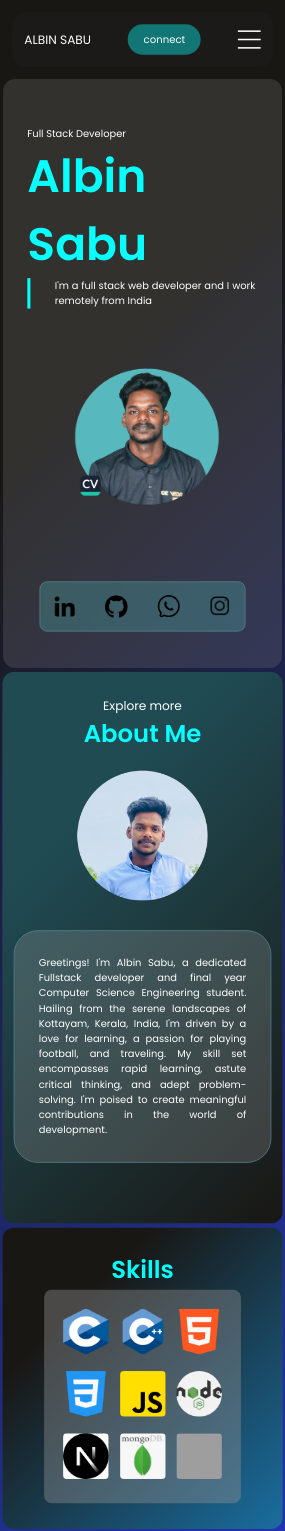
Repository: albinsabu2023/personalwebsite
Page: index.html
These files come from the project's save history. The page is drawn as it stood at one moment and after the next save; the edit follows.
The browser window is 375 px wide. The pictures show the whole page, at 76% of full size.
Pictures or frames that could not be fetched are drawn as grey boxes.

Above is the page before, as saved 2023-09-03 20:18:41.

### index.html
<!DOCTYPE html>
<html lang="en">
<head>
    <meta charset="UTF-8">
    <meta name="viewport" content="width=device-width, initial-scale=1.0">
    <title>Document</title>
    <link rel="stylesheet" href="style.css">
    <link rel="stylesheet" href="media.css">
</head>
<body>
    <nav id="hero">
        <h3 class="title">Albin Sabu</h3>
        <ul>
            <li class><a href="#home">Home</a></li>
            <li><a href="#about">About Me</a></li>
            <li><a href="#project">Projects</a></li>
            <li><a href="#contact">Contact</a> </li>
        </ul>

        <button class="btn-connect">connect</button>
    </nav>
    <nav id="hamburger-nav">
        <div clas="logo"> ALBIN SABU</div>

        <button class="btn-connect">connect</button>
        <div class="hamburger-menu">
            <div class="hamburger-icon" onclick="toggleMenu()">
                <span></span>
                <span></span>
                <span></span>
            </div>

            <div class="menu-links">
                <li class><a href="#home" onclick="toggleMenu()">Home</a></li>
                <li><a href="#about" onclick="toggleMenu()">About Me</a></li>
                <li><a href="#project" onclick="toggleMenu()">Projects</a></li>
                <li><a href="#contact" onclick="toggleMenu()">Contact</a> </li>
            </div>

        </div>




    </nav>
    <div class="portfolio__body">
        <div id="home">

            <div class="profile__text">

                <p>Full Stack Developer</p>
                <h1>Albin Sabu</h1>
                <div class="profile__detail">
                    <span class="line"> </span>
                    <p class="profile__detail__p2">I'm a full stack web developer and I work remotely from India</p>

                </div>

            </div>
            <div class="profile__img">
                <img src="./assets/albin.png" class="profile" alt="profile">
                <div class="cv__btn" onclick="window.open('./assets/ALBIN SABU.pdf')">
                    <p>download</p>
                    <img src="./assets/cv.png" alt="cv" class="cv">
                </div>
            </div>

            <div class="profile__links">
                <img src="./assets/linkedin.png" alt="">
                <img src="./assets/github.png" alt="">
                <img src="./assets/whatsapp.png" alt="">
                <img src="./assets/insta.png" alt="">
            </div>
        </div>
        <div id="about">
            <div class="about__header">
                <p>Explore more</p>
                <h1 class="title">About Me</h1>
            </div>
            <div class="about__container">
                <div class="about__img">
                    <img src="./assets/about-pic.png" alt="">
                </div>
                <div class="about__details">
                    <p>Greetings! I'm Albin Sabu, a dedicated Fullstack developer and final year Computer Science Engineering
                        student. Hailing
                        from the serene landscapes of Kottayam, Kerala, India, I'm driven by a love for learning, a passion for
                        playing
                        football, and traveling. My skill set encompasses rapid learning, astute critical thinking, and adept
                        problem-solving.
                        I'm poised to create meaningful contributions in the world of development.</p>
                </div>
            </div>


        </div>
        <div id="skill">
            <h1 class="title">Skills</h1>
            <div class="skill__container">
                <div class="skill__img">
                    <div>
                        <img src="./assets/c.png" alt="skill" class="grid_1">
                        <img src="./assets/cpp.png" alt="skill" class="grid_2">
                        <img src="./assets/html.png" alt="skill" class="grid_3">
                    </div>
                   <div>
                        <img src="./assets/css-3.png" alt="skill" class="grid_4">
                        <img src="./assets/js.png" alt="skill" class="grid_5">
                        <img src="./assets/nodejs.png" alt="skill" class="grid_6">
                   </div>
                    <div>
                        <img src="./assets/next.png" alt="skill" class="grid_7">
                        <img src="./assets/mongodb.png" alt="skill" class="grid_8">
                        <img src="./assets/React.png" alt="skill" class="grid_9">
                    </div>


                </div>

            </div>

        </div>
    </div>

    <script src="index.js"></script>
</body>
</html>

### style.css
@import url('https://fonts.googleapis.com/css2?family=Poppins:ital,wght@0,300;0,400;0,500;0,600;1,300;1,500;1,600&display=swap');
*{
    margin:0;
    font-family: 'Poppins', sans-serif;

}
body{

    color: white;
    margin-top: 1rem;

    background-color: #2234ae;

    background-image: linear-gradient(315deg, #2234ae 0%, #191714 74%);

}
nav{
    position: sticky;
    z-index: 0;
    display: flex;
    padding: 1rem;
    margin: 1rem;
    background-color: rgba(34, 34, 34, 0.3);
    border-radius: 1rem;
    justify-content: space-between;

}

nav ul{
    list-style-type: none;
    display: flex;
    gap: 2rem;
    justify-content: space-between;



}


nav ul li{
    padding: 5px;
    border-radius: 1rem;
    text-align: center;
    width: 8rem;



}
nav ul li a{
    text-decoration: none;
    color: white;
}
nav ul li a:hover{
    color: rgb(7, 255, 255);
}

.btn-connect{
    background: rgb(7, 255, 255,0.4);
    border: none;
    color: white;
    padding: 10px;
    border-radius: 3rem;
    width: 6rem;

}
.btn-connect:hover{
    background: rgb(7, 255, 255, 0.6);
}

#home{

    padding: 2rem;
    /* border: #56828f 1px solid; */
    border-radius: 1rem;
    display: flex;
    margin: 3px;
    background: rgba(128, 128, 128, 0.24);
}

.line{
    border: rgb(7, 255, 255) 2px solid;

}
.profile__text{
    width: 50vw;
    object-fit: contain;
    text-align: justify;
    margin-top: 30px;
}
.profile__text p{
    font-size:30px ;
}
.profile__text h1{
    color: rgb(7, 255, 255);
    font-size:80px ;

}
.profile__detail{
    display: flex;
    flex-direction: col;
    gap: 2rem;

}
.profile__detail p{
    font-size: 30px;
}
.profile__img{
    width: 50%;
    align-items: center ;
    padding: 10px;
}
.profile__img img{
    height: 300px;
    width: 300px;
    position: relative;
}

.profile__links{

    align-items: center;
    justify-content: space-between;
    padding: 1rem;
    border-radius: 10px;
    display: flex;
    flex-direction: column;
    border: #56828f 1px solid;
    background:rgba(74, 153, 153, 0.4);

}

.cv__btn{
    display: flex;
}
.profile__img .cv__btn{
    background: rgb(7, 255, 255, 0.4);
        border: none;
        color: white;
        padding: 10px;
        border-radius: 3rem;
        width: 6rem;

}
.profile__img .cv__btn:hover{
    background: rgba(75, 243, 243, 0.7);
}
.profile__img .cv__btn img{
    width: 30px;
    height: 30px;
}
.profile__links img{
    height: 30px;
    width: 30px;
    display: flex;
    border-radius: 10px;
    padding: 1px;


}
#hamburger-nav {
    display: none;
    align-items: center;
}

.hamburger-menu {
    position: relative;
    display: inline-block;
}

.hamburger-icon {
    display: flex;
    flex-direction: column;
    justify-content: space-between;
    height: 24px;
    width: 30px;
    cursor: pointer;
}

.hamburger-icon span {
    width: 100%;
    height: 2px;
    background-color: rgb(255, 255, 255);
    transition: all 0.3 ease-in-out;
}

.menu-links {
    position: absolute;
    top: 100%;
    right: 0%;
    width: fit-content;
    max-height: 0;
    overflow: hidden;
    transition: all 0.3 ease-in-out;
}

.menu-links {
    display: block;

    text-align: center;
    font-size: 1.5rem;
    color: rgb(248, 243, 243);
    text-decoration: none;
    transform: all 0.3 ease-in-out;
    background: rgba(172, 172, 172, 0.24);
    border-radius: 1rem;
}

.menu-links li  {
    list-style-type: none;

}



.menu-links li a{
    text-decoration: none;
    color: white;

}

.menu-links.open {
    max-height: 300px;
}

.hamburger-icon.open span:first-child {
    transform: rotate(45deg) translate(10px, 5px);
}

.hamburger-icon.open span:nth-child(2) {
    opacity: 0;
}

.hamburger-icon.open span:last-child {
    transform: rotate(-45deg) translate(10px, -5px);
}

.hamburger-icon span:first-child {
    transform: none;
}

.hamburger-icon span:first-child {
    opacity: 1;
}

.hamburger-icon span:first-child {
    transform: none;
}


#about{
    margin: 3px;
    margin-top: 5px;
    padding: 2rem;
    /* border: #56828f 1px solid; */
    border-radius: 1rem;
    display: flex;
    flex-direction: column;
    background: rgba(128, 128, 128, 0.24);
    background-image: linear-gradient(315deg,  #191714 0%,#204b53 74%);
    background-repeat:none ;
    background-size: cover;
}
.about__header{
    display: flex;
    flex-direction: column;
    align-items: center;
    justify-content: center;
}
.about__header h1{
    color: rgb(7, 255, 255);
}
.about__container{
    padding: 1rem;
    display: flex;
    align-items: center;
   justify-content: center;

}
.about__container img {
        width: 300px;
        height: 280px;
        border-radius: 1rem;
        margin: 0;

}


.about__details{
    text-align: justify;
     padding:2rem ;
    max-width: 400px;
    background: rgba(172, 172, 172, 0.24);
    border-radius:2rem ;
    border: #56828f 1px solid;
    margin: 2rem;
}
 .about__container img {

     border-radius: 1rem;

 }
 #skill{
    margin: 3px;
    margin-top: 5px;
    padding: 2rem;
        /* border: #56828f 1px solid; */
    border-radius: 1rem;
    display: flex;
    flex-direction: column;
    background: rgba(128, 128, 128, 0.24);
    background-image: linear-gradient(315deg,#1a6e9f  0%, #191714 74%);
    background-repeat: none;
    background-size: cover;
    align-items: center;
 }
 .skill__container{
    display: flex;
    flex-wrap: wrap;

 }
 #skill h1{
    color: aqua;

 }
 .skill__img img{
    width: 130px;
    height: 130px;
    margin: 5px;
    border-radius: 5px;

 }
  .skill__img{
    background: rgb(148, 148, 148,0.4);
    padding: 20px;
    border-radius: 10px;

    display: inline-grid;
    column-gap: 5px;
    row-gap: 5px;
    grid-column: 4;
    grid-row: 4;



  }

### media.css
@media  screen and (max-width:600px) {
    body{
        background-size:cover;
    }

    #hero{
        display: none;
    }
    nav ul{
        flex-direction: column;
        display: none;


    }
    #home{
        margin: 4px;
        flex-direction: column;
        justify-content: center;


    }

    #hamburger-nav {
         display: flex;

    }

    .profile__text{
        width:80vw;
    }
    .profile__text p{
        font-size: small;
    }
    .profile__text h1{
        font-size: 60px;
    }

    .profile__img .cv__btn img{
    width: 30px;
    height: 30px;

    top: 36rem;
    }
    .profile__img .cv__btn:hover {
        background: none;
    }

    .profile__img img{
        padding: 3rem;
       width: 200px;
       height: 200px;
    }
    .profile__links{
        display: flex;
        flex-direction: row;
    }

        .profile__img .cv__btn p {
            display: none;

        }
        .profile__img .cv__btn{
            background: none;
        }
        .about__container{
            flex-direction: column;
        }
        .about__container img{
            width: 200px;
            height: 180px;
            border-radius: 1rem;
            margin: 0;
        }

        .about__details{
            width: 100%;
        }

        .about__details p {
            font-size: small;

        }
    .skill__img img {
        width: 60px;
        height: 60px;
    }

    .skill__container{
        padding: 2px;
    }

}

@media screen and (max-width:1200px){
    #home {
            margin: 4px;
            flex-direction: column;

        }
        .profile__links {
            display: flex;
            flex-direction: row;
        }

}
@media screen and (max-width:400px) {
    #home {
        margin: 4px;
        flex-direction: column;

    }

    .profile__links {
        display: flex;
        flex-direction: row;
        margin: 1rem;
    }
        .profile__img img {
            align-items: center;
        }
    .profile__img .cv__btn img {
        width: 30px;
        height: 30px;
        position: absolute;
        top: 36rem;
    }
    .profile__img .cv__btn p{
        display: none;
    }

}

Loaded but not shown: index.js (common file)

After the next save:
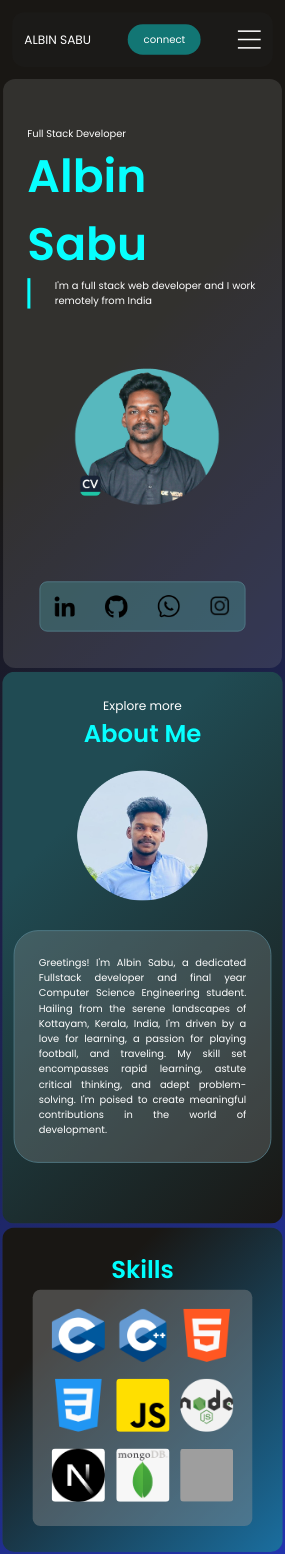
Saved 10 s later.
--- a/media.css
+++ b/media.css
@@ -81,8 +81,8 @@
 
         }
     .skill__img img {
-        width: 60px;
-        height: 60px;
+        width: 70px;
+        height: 70px;
     }
 
     .skill__container{
